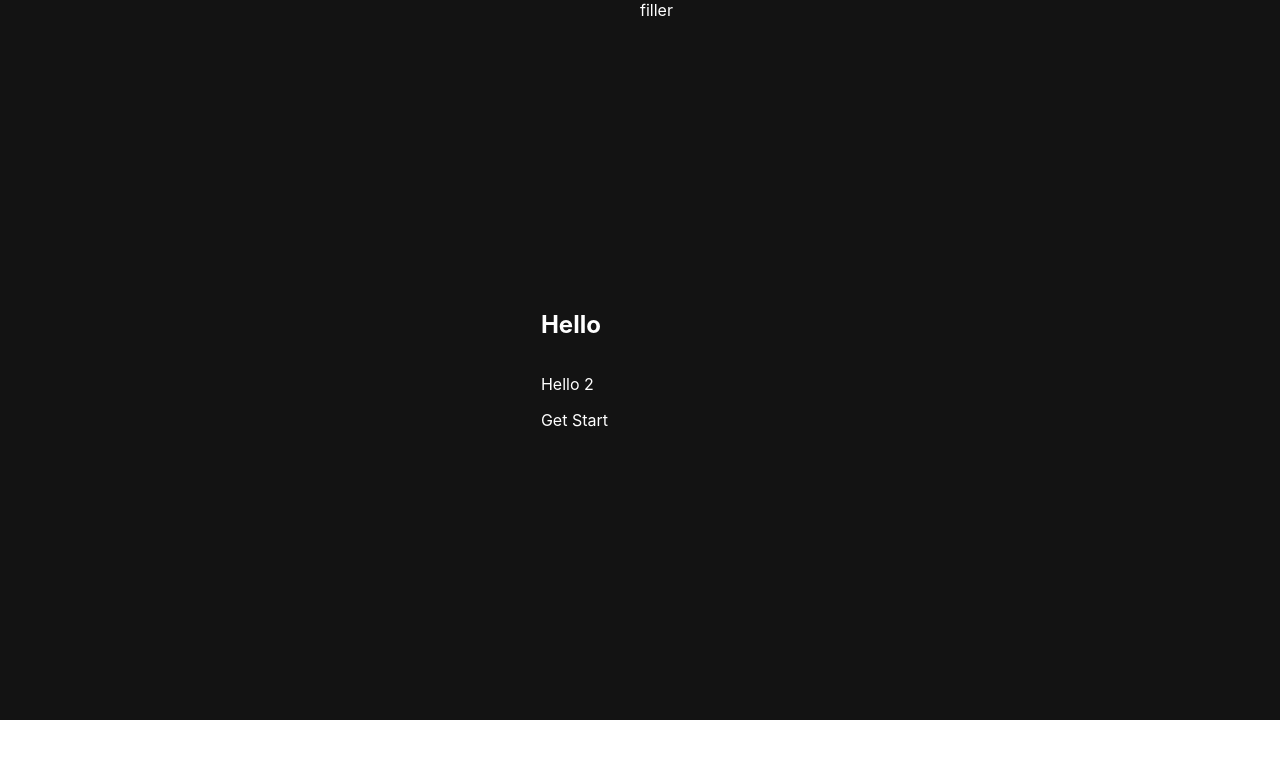
Repository: KamalEssam/react-framer
Page: /
An editor plug-in stored every save of this project. The page is shown before and after a run of saves, followed by the edit.
The browser window is 1280 px wide. The pictures show the whole page.
The project was rebuilt for these pictures with package versions that can differ from the ones it lists, and the page was loaded fresh each time.

Above is the page before, as saved 2021-12-25 22:45:58.

After the next 8 saves:
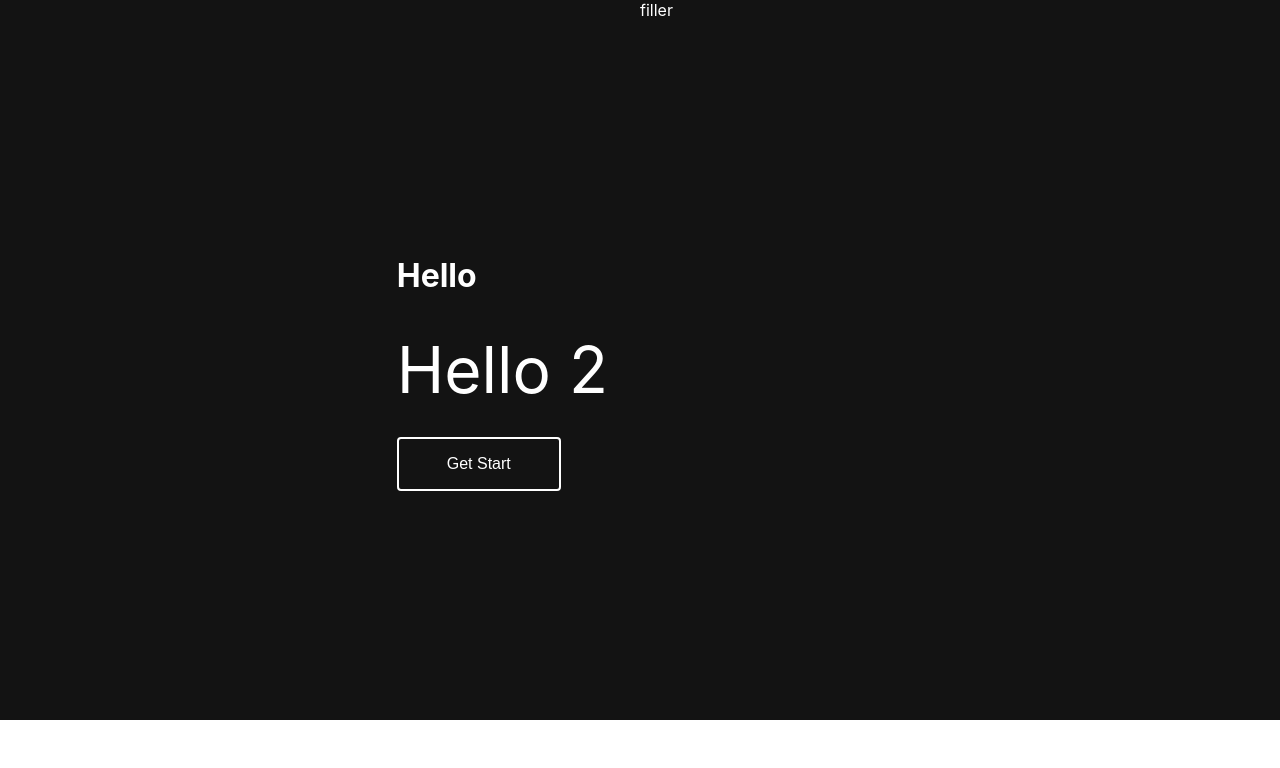
The 8 saves are shown as one change because 3 did not build or start and some came seconds apart.
The last was saved 67 min 1 s later.
--- a/src/Components/Hero.js
+++ b/src/Components/Hero.js
@@ -25,17 +25,38 @@ const ColumnLeft = styled.div`
   flex-direction: column ;
   justify-content: center;
   align-items: flex-Start;
-  padding: 5rem 2rem
+  padding: 5rem 2rem;
+
+  h1 {
+    margin-bottom: 0.5rem;
+    font-size: 2rem;
+  }
+  p {
+    margin: 2rem 0;
+    font-size: 4rem;
+    line-height: 1.1;
+  }`;
+
+const Button = styled(motion.button)`
+  padding: 1rem 3rem;
+  font-size: 1rem;
+  border: 2px solid #fff;
+  border-radius: 4px;
+  outline: none;
+  cursor: pointer;
+  background: transparent;
+  color: #fff;
 `;
+
 const ColumnRight = styled.div`
   color  : #fff ;
   display : flex
 `;
 
-const Button = styled.div`
-  color  : #fff ;
-  display : flex
-`;
+// const Button = styled.div`
+//   color  : #fff ;
+//   display : flex
+// `;
 
 
 
